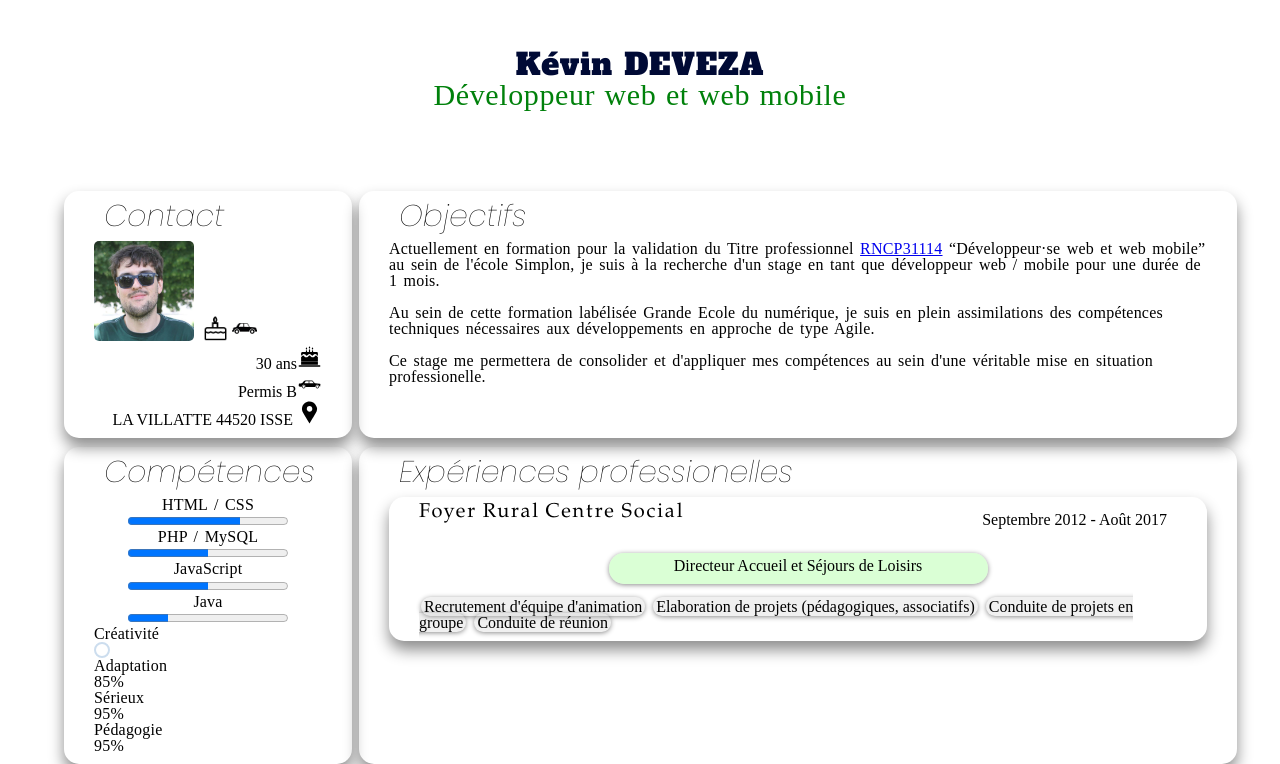
Repository: KevinDvZ/kevindvz.github.io
Page: index.html
These files come from the project's save history. The page is drawn as it stood at one moment and after the next save; the edit follows.
The browser window is 1280 px wide. The pictures show the whole page.

Above is the page before, as saved 2020-10-31 16:14:48.

After the next save:
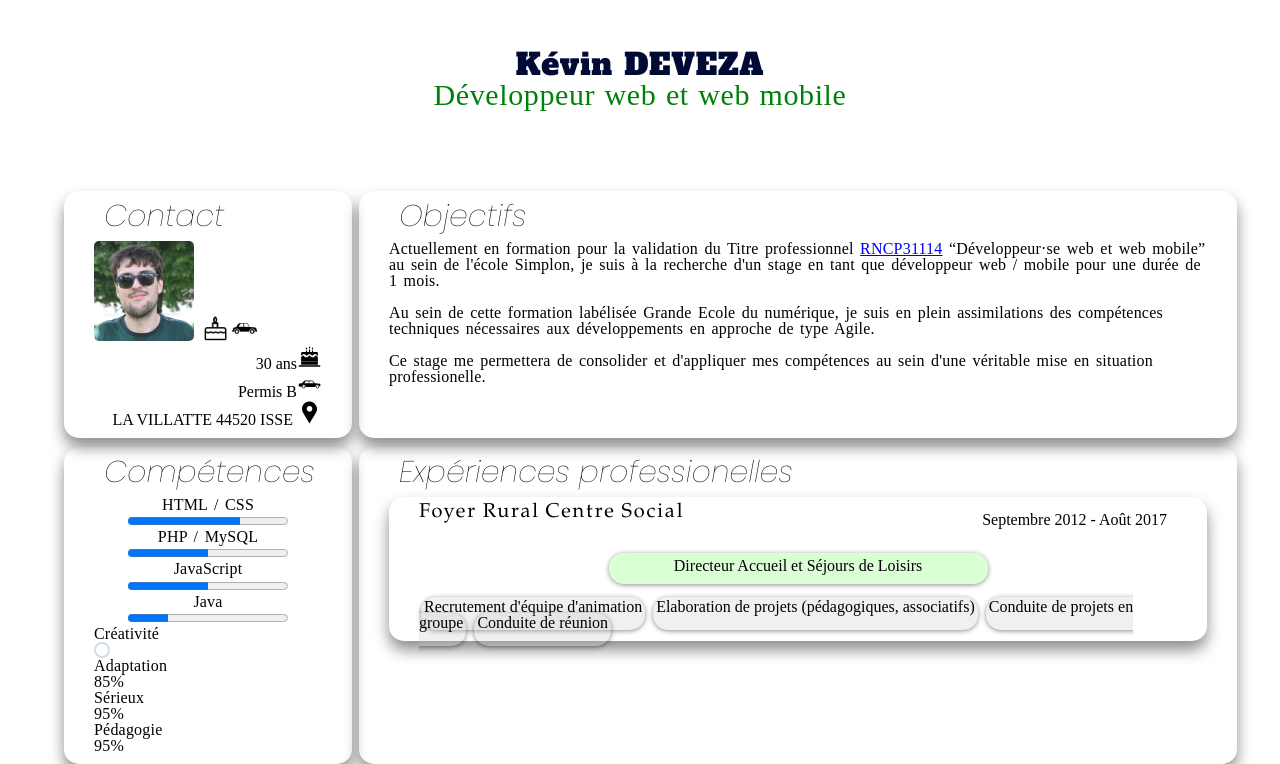
Saved 6 s later.
--- a/css/cv_deveza.css
+++ b/css/cv_deveza.css
@@ -179,7 +179,7 @@
 }
 .cadre #competences_exp {
   display: inline;
-  padding: 1px 3px 1px 3px;
+  padding: 1px 3px 15px 3px;
   margin: 5px 2px 20px 2px;
   text-align: left;
   background-color: rgba(197, 197, 197, 0.253);

After the save that followed:
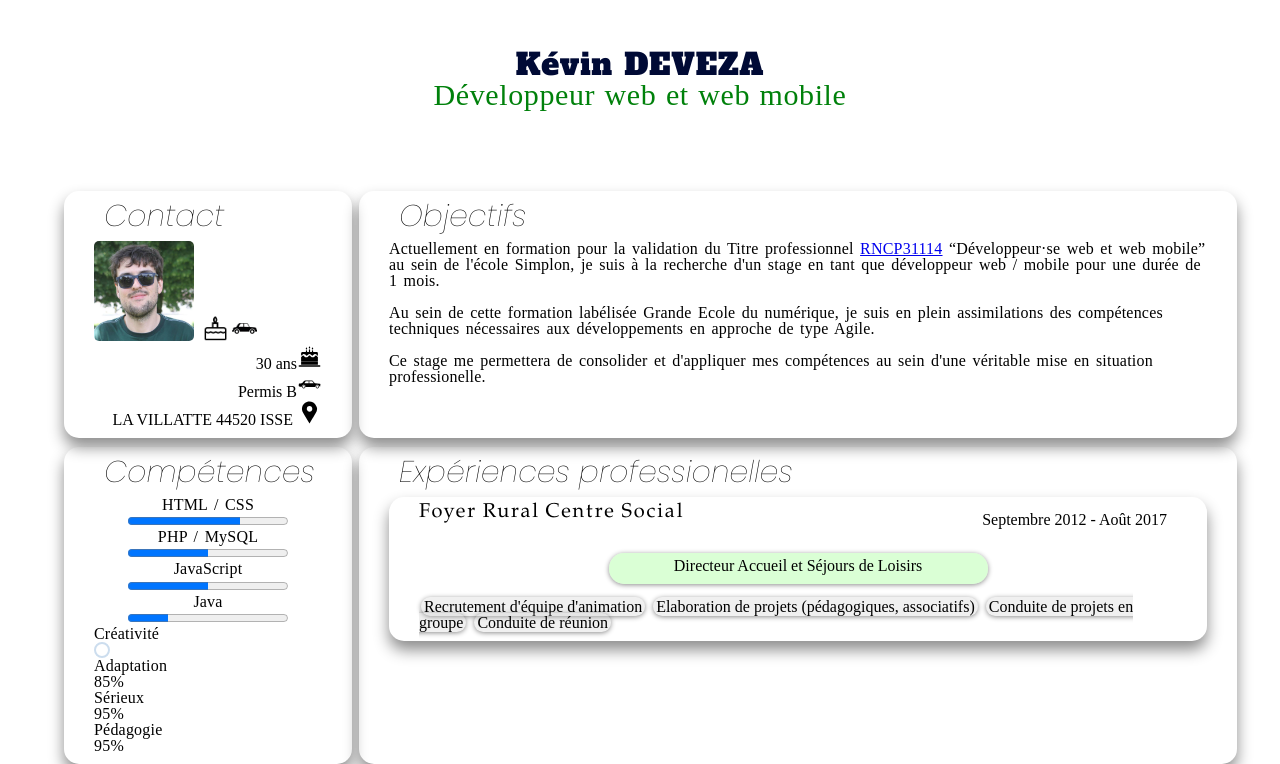
Saved 5 s later.
--- a/css/cv_deveza.css
+++ b/css/cv_deveza.css
@@ -179,7 +179,7 @@
 }
 .cadre #competences_exp {
   display: inline;
-  padding: 1px 3px 15px 3px;
+  padding: 1px 3px 1px 3px;
   margin: 5px 2px 20px 2px;
   text-align: left;
   background-color: rgba(197, 197, 197, 0.253);
